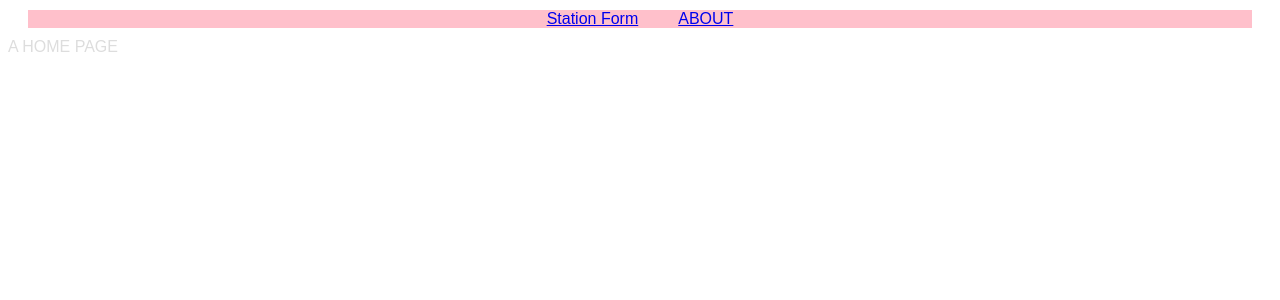
Repository: rutsguifd/mkr2
Page: /
These files come from the project's save history. The page is drawn as it stood at one moment and after the next save; the edit follows.
The browser window is 1280 px wide. The pictures show the whole page.
The project was rebuilt for these pictures with package versions that can differ from the ones it lists, and the page was loaded fresh each time. Also part of the build but not shown: src/views/About.vue, src/components/TripCard.vue, src/views/StationForm.vue.

Above is the page before, as saved 2021-12-21 19:53:17.

After the next save:
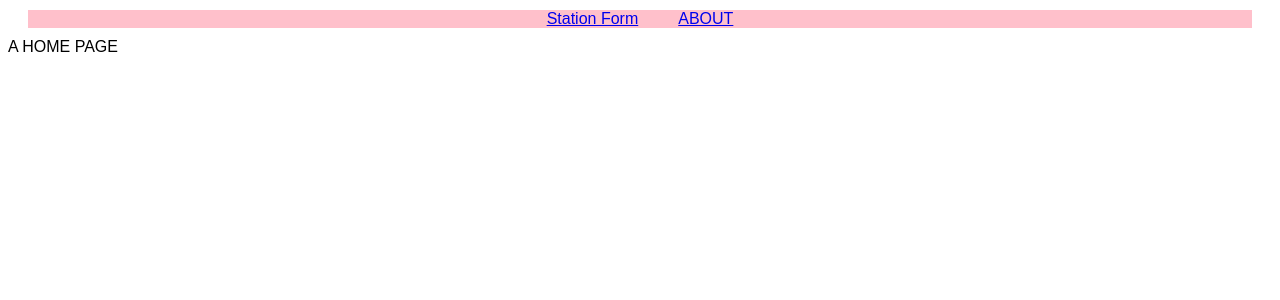
Saved 7 s later.
--- a/src/views/Home.vue
+++ b/src/views/Home.vue
@@ -21,6 +21,5 @@ import Header from '../components/Header.vue'
   padding: 0;
   box-sizing: border-box;
   font-family: "Fira Sans", sans-serif;
-  color: #DDDDDD;
 }
 </style>
